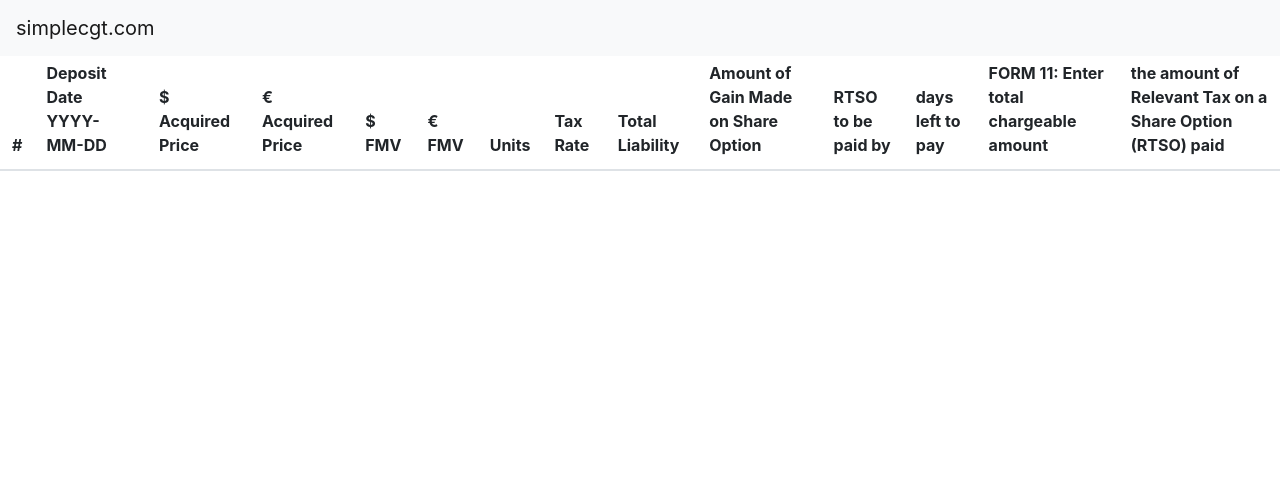
Repository: eoinpayne/react-problem
Page: /
The author's editor kept a copy of each file at every save. The page is drawn from the files as they stood at one save, then again after the next save.
The browser window is 1280 px wide. The pictures show the whole page.
The project was rebuilt for these pictures with package versions that can differ from the ones it lists, and the page was loaded fresh each time. Also part of the build but not shown: src/App.css, src/components/MyLogin2.js, src/components/MyHeader.js, src/components/EsppDepositRow.js, src/components/ESPPTable.js. Imported but missing from the stored project, and not drawn on this page: src/features/espp/features/espp/EsppDepositRow2.

Above is the page before, as saved 2020-12-12 17:53:52.

After the next save:
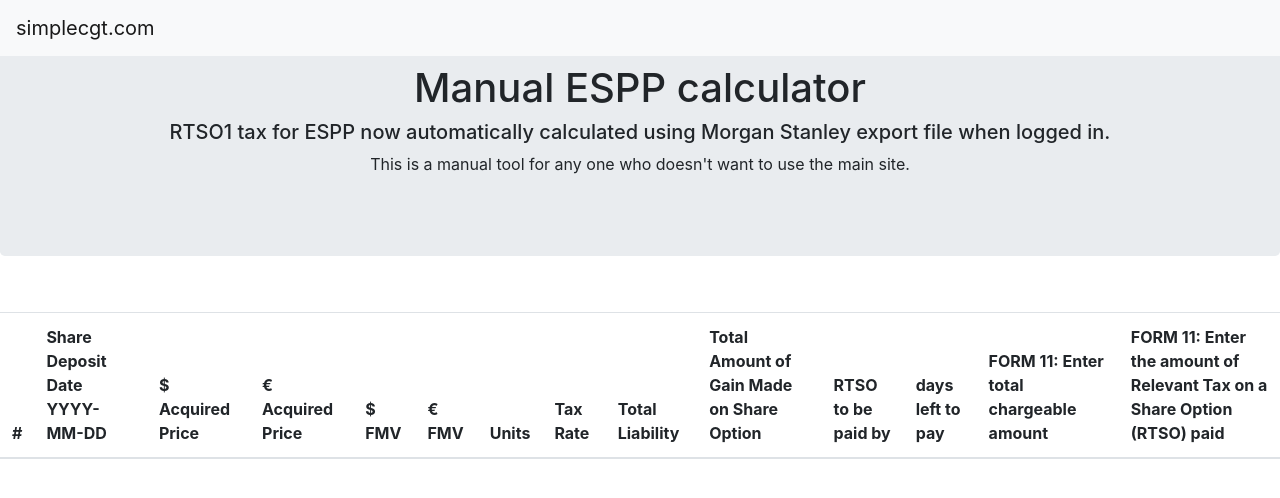
Saved 17 s later.
--- a/src/App.js
+++ b/src/App.js
@@ -3,9 +3,10 @@
 import './App.css';
 import MyHeader from './components/MyHeader';
 import MyHeaderBare from './components/MyHeaderBare';
-import ESPPTable from './components/ESPPTable';
+// import ESPPTable from './components/ESPPTable';
 import ESPPTable2 from './features/espp/ESPPTable2';
 import {useSelector} from 'react-redux'
+import MyJumbo from './components/MyJumbo';
 
 
 function App() {
@@ -17,7 +18,7 @@
       <MyHeaderBare />
       {/* <br></br> */}
       {/* <br></br> */}
-
+      <MyJumbo/>
       <br></br>
       {/* <ESPPTable2 esppData = {esppRowData}/> */}
       {/* <ESPPTable/> */}
